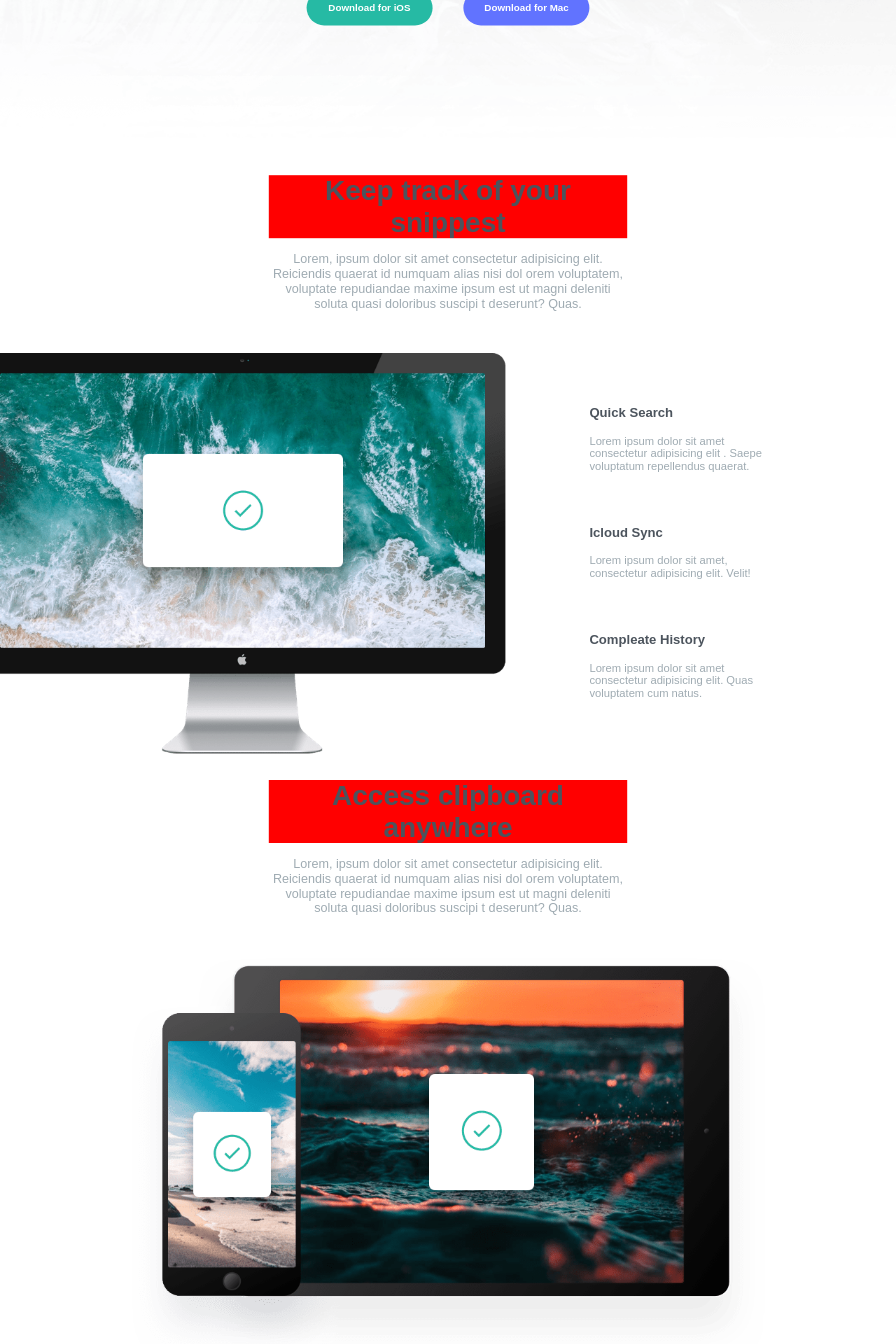
Repository: AbuMulla-Mohammad/clipboard
Page: index.html
An editor plug-in stored every save of this project. The page is shown before and after the next save, followed by the edit.
The browser window is 1280 px wide. The pictures show the part of the page from y = 366 to 2286 px (the page is 3180 px tall before and 3000 px after), at 70% of full size.
Some web fonts or font styles are not loaded; a fallback is used.

Above is the page before, as saved 2023-11-01 13:49:55.

### index.html
<!DOCTYPE html>
<html lang="en">
<head>
    <meta charset="UTF-8">
    <meta name="viewport" content="width=device-width, initial-scale=1.0">
    <!-- linke the font family -->
    <link rel="preconnect" href="https://fonts.googleapis.com">
    <link rel="preconnect" href="https://fonts.gstatic.com" crossorigin>
    <link href="https://fonts.googleapis.com/css2?family=Bai+Jamjuree:wght@400;600&display=swap" rel="stylesheet">
    <!-- main project style -->
    <link rel="stylesheet" href="css/style.css">
    <title>Document</title>
</head>
<body>

    <!-- start master section -->
<div class="master-section">
    <div class="container">
        <div class="logo">
            <img src="images/logo.svg" alt="logo ">
        </div>
        <div class="content">
            <h1>A history of everything you copy</h1>
            <p>Clipboard allows you to track and orgnize everything you copy.instally access your clipboard on all your devices.</p>
        </div>
        <form action="">
            <input class="ios" type="button" value="Download for iOS">
            <input class="mac" type="button" value="Download for Mac">
        </form>
    </div>
</div>
<!-- end master section -->
<!-- start track -->
<div class="track">
    <div class="contianer">
        <div class="main-heading">
            <h2>Keep track of your snippest</h2>
            <p>Lorem, ipsum dolor sit amet consectetur adipisicing
                elit. Reiciendis quaerat id numquam alias nisi dol
                orem voluptatem, voluptate repudiandae maxime ipsum
                est ut magni deleniti soluta quasi doloribus suscipi
                t deserunt? Quas.
            </p>

        </div>
    </div>
    <img src="images/image-computer.png" alt="computer">
    <!-- <div class="clr"></div> -->
    <div class="items">
        <div class="item">
            <h3>quick search</h3>
            <p>Lorem ipsum dolor sit amet consectetur adipisicing elit
                . Saepe voluptatum repellendus quaerat.</p>
        </div>
        <div class="item">
            <h3>icloud sync</h3>
            <p>Lorem ipsum dolor sit amet, consectetur adipisicing elit. Velit!</p>
        </div>
        <div class="item">
            <h3>compleate history</h3>
            <p>Lorem ipsum dolor sit amet consectetur adipisicing elit. Quas voluptatem cum natus.</p>
        </div>
    </div>
</div>
<!-- end track -->
<!--start access  -->
<div class="access">
    <div class="main-heading">
        <h2>Access clipboard anywhere</h2>
        <p>Lorem, ipsum dolor sit amet consectetur adipisicing
            elit. Reiciendis quaerat id numquam alias nisi dol
            orem voluptatem, voluptate repudiandae maxime ipsum
            est ut magni deleniti soluta quasi doloribus suscipi
            t deserunt? Quas.
        </p>

    </div>
    <div class="image">
        <img src="images/image-devices.png" alt="devices">
    </div>
</div>
<!-- end access -->

<!-- start workflow -->
<div class="workflow">
    <div class="container">
        <div class="main-heading">
            <h2>Access clipboard anywhere</h2>
            <p>Lorem ipsum dolor sit amet consectetur adipisicing elit. Ex, quisquam.
            </p>

        </div>
        <div class="workflow-items">
            <div class="item">
                <img src="images/icon-blacklist.svg" alt="blacklist">
                <h3>Creat blacklist</h3>
                <p>Lorem ipsum dolor, sit amet consectetur adipisicing elit
                    . Culpa expedita ut pariatur ea laudantium
                    error architecto facilis deserunt? Atque, dolorem!</p>
            </div>
            <div class="item">
                <img src="images/icon-text.svg" alt="text">
                <h3>Plain text snippets</h3>
                <p>Lorem ipsum dolor, sit amet consectetur adipisicing elit
                    . Culpa expedita ut pariatur ea laudantium
                    error architecto facilis deserunt? Atque, dolorem!</p>
            </div>
            <div class="item">
                <img src="images/icon-preview.svg" alt="preview">
                <h3>Sneak preview</h3>
                <p>Lorem ipsum dolor, sit amet consectetur adipisicing elit
                    . Culpa expedita ut pariatur ea laudantium
                    error architecto facilis deserunt? Atque, dolorem!</p>
            </div>
        </div>
        <div class="Companies">
            <div class="companie">
                <img src="images/logo-google.png" alt="companie">
            </div>
            <div class="companie">
                <img src="images/logo-ibm.png" alt="companie">
            </div>
            <div class="companie">
                <img src="images/logo-microsoft.png" alt="companie">
            </div>
            <div class="companie">
                <img src="images/logo-hp.png" alt="companie">
            </div>
            <div class="companie">
                <img src="images/logo-vector-graphics.png" alt="companie">
            </div>
        </div>
    </div>
</div>
<!-- end workflow -->

<div class="download">
    <div class="container">
        <div class="main-heading">
            <h2 >Access clipboard anywhere</h2>
            <p>Lorem ipsum dolor sit amet consectetur adipisicing elit. Ex, quisquam.
            </p>

        </div>
    </div>
</div>


</body>
</html>

### css/style.css
/* start global rules */
*{
    padding: 0;
    margin: 0;
    box-sizing: border-box;
}
img{
    display: block;
}
.clr{
    clear: both;
}
:root{
    --Strong-Cyan: hsl(171, 66%, 44%);
    --Light-Blue: hsl(233, 100%, 69%);
    --Dark-Grayish-Blue: hsl(210, 10%, 33%);
    --Grayish-Blue: hsl(201, 11%, 66%);
}
body{
    font-family: "Bai Jamjuree",sans-serif;
}

.container{
    width: 80%;
    margin: 0 auto 0;

}
.main-heading{
    padding: 40px 0;
    text-align: center;
    margin: auto;
    width: 40%;
}
.main-heading h2{
    margin-bottom: 20px;
    font-size: 40px;
    color: var(--Dark-Grayish-Blue);
    font-weight: 600;
    width: fit-content;
    background-color: red;
}
.main-heading p{
    font-size: 18px;
    color: var(--Grayish-Blue);
    margin-bottom: 20px;
}
/* end */
/* start master section */
.master-section{
    background-image: url(../images/bg-header-desktop.png);
    height: 80vh;
    background-size: cover;
    text-align: center;
    padding-top: 1px;
}
.master-section .logo{
    margin: 40px auto;
}
.master-section .logo img{
    margin: 0 auto 0;
}
.master-section .content h1{
    margin-bottom: 20px;
    font-weight: 600;
    color: var(--Dark-Grayish-Blue);
    font-size: 40px;
}
.master-section .content p{
    margin: 20px 0px;
    font-size: 18px;
    color: var(--Grayish-Blue);
}
.master-section form input{
    width: 180px;
    height: 50px;
    color: white;
    outline: none;
    border: none;
    border-radius: 30px;
    margin: 40px 20px;
    font-weight: 600;
    font-size: 14px;
    font-family: "Bai Jamjuree",sans-serif;
}
.master-section form .ios{
    background-color: var(--Strong-Cyan);
}
.master-section form .mac{
    background-color: var(--Light-Blue);
}
/* end master section */
/* start track section */
.track{

}
.track img{
    float: left;
    margin:0 120px 10px -30px;

}
.track .items{
    width: 20%;
    overflow: hidden;
}
.track .items .item{
    margin: 75px 0;
    /* background-color: red; */
}
.track .items .item h3{
    text-transform: capitalize;
    color: var(--Dark-Grayish-Blue);
    margin-bottom: 20px;
}
.track .items .item p{
    color: var(--Grayish-Blue);
}
/* end track secton */

/* start access  */
    .image{
        width: fit-content;
        margin: auto;
    }
/* end access */

/* start workflow */
.workflow{

}
.workflow .workflow-items{
    margin-bottom: 50px;
    overflow: hidden;
}
.workflow .workflow-items .item{
    float: left;
    width: 33.33%;
    text-align: center;
    padding: 20px;

}
.workflow .workflow-items .item img{
    margin: auto;
    margin-bottom: 35px;
}
.workflow .workflow-items .item h3{
    margin-bottom: 20px;
    color: var(--Dark-Grayish-Blue);
    font-size: 25px;
    font-weight: 600;
}
.workflow .workflow-items .item p{
    color: var(--Grayish-Blue);
    font-weight: 400;
}
.workflow .Companies{
    overflow: hidden;
}
.workflow .Companies .companie{
    float: left;
    width: 20%;
    padding: 20px;
}
.workflow .Companies .companie img{
    width: 60%;
    margin: auto;
}
/* end workflow */

After the next save:
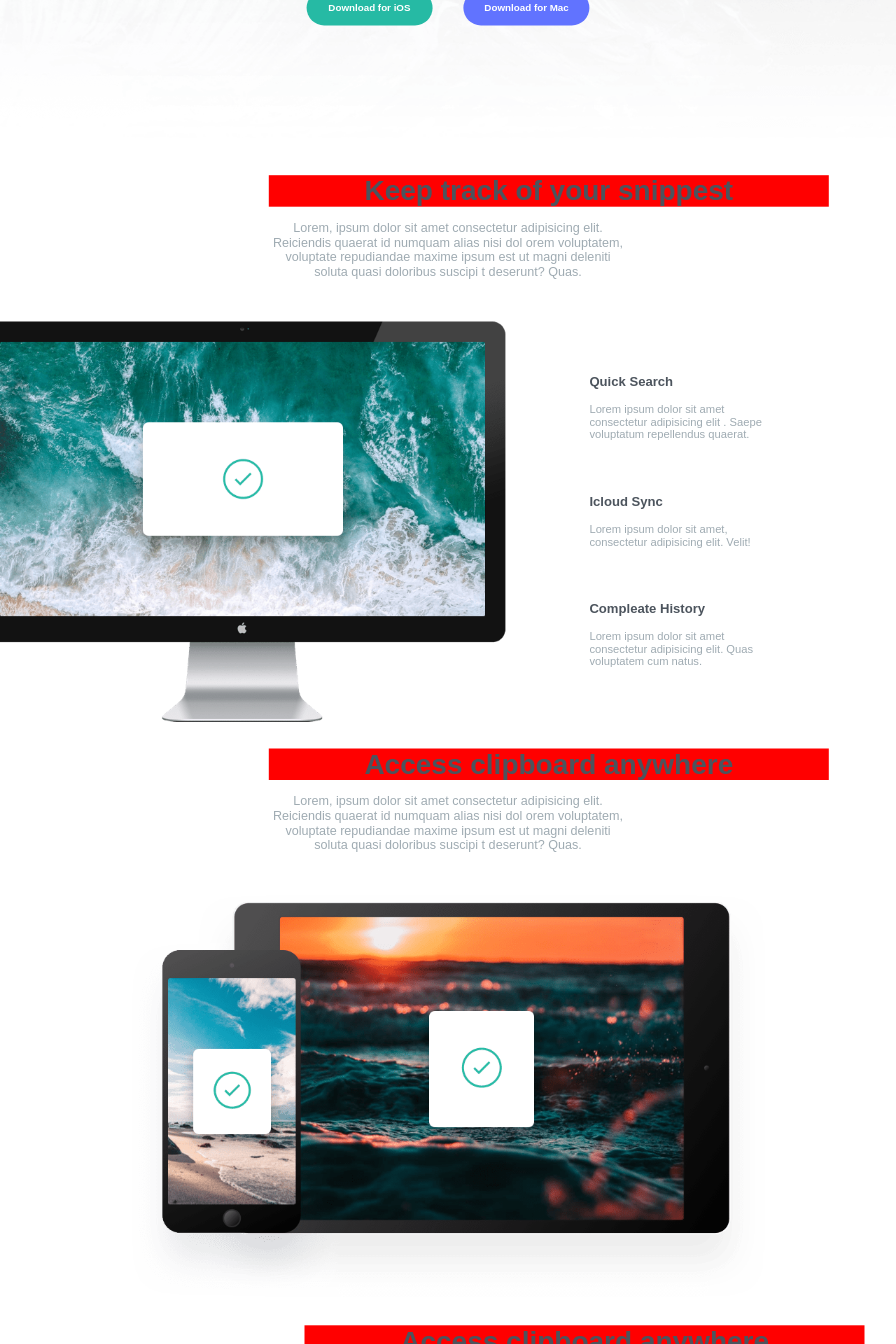
Saved 12 s later.
--- a/css/style.css
+++ b/css/style.css
@@ -36,7 +36,7 @@
     font-size: 40px;
     color: var(--Dark-Grayish-Blue);
     font-weight: 600;
-    width: fit-content;
+    width: 800px;
     background-color: red;
 }
 .main-heading p{
